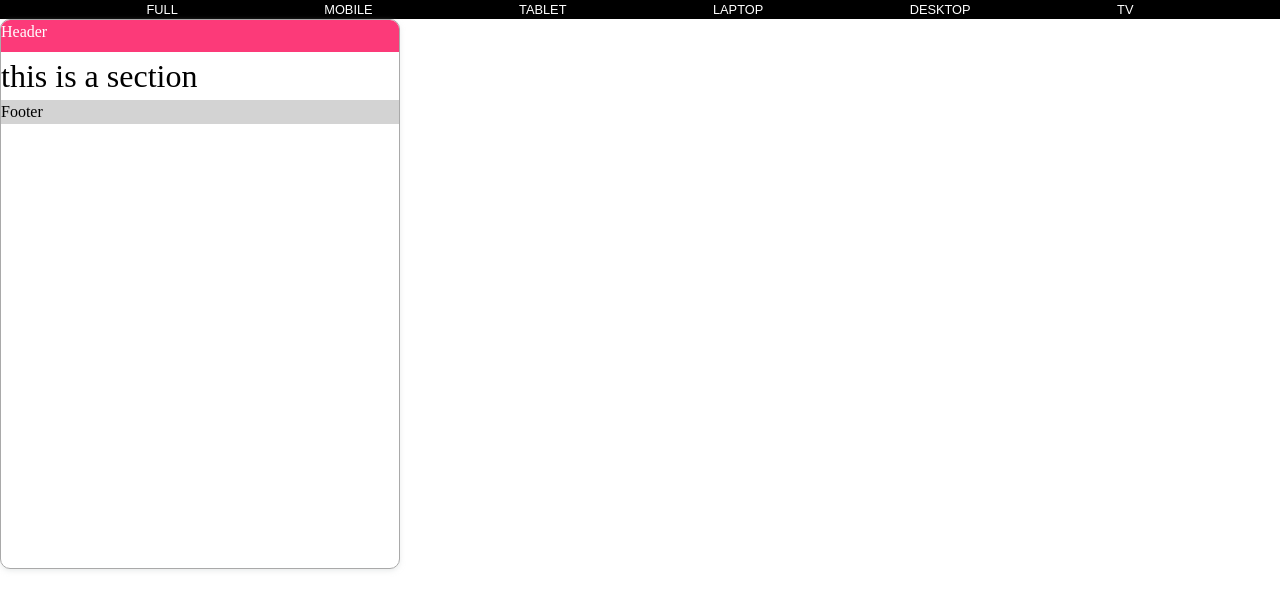
Repository: Terrycoco/coco-playground
Page: /
These files come from the project's save history. The page is drawn as it stood at one moment and after the next save; the edit follows.
The browser window is 1280 px wide. The pictures show the whole page.
The project was rebuilt for these pictures with package versions that can differ from the ones it lists, and the page was loaded fresh each time. The framework's server and built-in components were replaced by stand-ins that run in the browser. Also part of the build but not shown: next.config.js.

Above is the page before, as saved 2023-03-20 08:56:59.

### src/app/layout.js
//THIS FILE DEFINES BASIC HTML FOR WHOLE SITE
//YOU CAN OVERWRITE ANY METADATA IN INDIVIDUAL ROUTES ALSO
"use client";
import { Providers } from "./store/provider";
import "./globals.css";
import Header from "@/components/layout/Header.js";
import DeviceHeader from "@/components/layout/DeviceHeader";
import Footer from "@/components/layout/Footer";
import ScreenEmulator from "@/components/layout/ScreenEmulator";

//can't use metadata on files that use client
// export const metadata = {
//   title: "Theme Playground",
//   description: "Theme Playground By Coco",
// };

export default function RootLayout({ children }) {
  return (
    <html lang="en">
      <head>
        <title>Coco Theme Playground</title>
      </head>

      <body>
        <Providers>
          <>
            <DeviceHeader />
            <ScreenEmulator>
              <Header />

              {children}
              <Footer />
            </ScreenEmulator>
          </>
        </Providers>
      </body>
    </html>
  );
}

### src/app/page.js
"use client";
import { useSelector, useDispatch } from "react-redux";
import { selectTheme } from "./store/slices/themeSlice";

export default function Page() {
  const theme = useSelector(selectTheme);
  console.log("page recd theme:", theme);
  return (
    <main>
      <section>this is a section</section>
    </main>
  );
}

// <section id="theme" style={getContainerStyle("section")}>
// <h1 style={getHStyle("h1")}>
//   This the result of your Theme{"   "}
//   <span style={styles.smgray}>(h1)</span>
// </h1>
// <h2 style={getHStyle("h2")}>
//   Your Default Styles Are Shown{"   "}
//   <span style={styles.smgray}>(h2)</span>
// </h2>
// <h3 style={getHStyle("h3")}>
//   You selected {`${levCount - 1}`} levels of headings.
//   <span style={styles.smgray}>(h3)</span>
// </h3>

// <h4 style={getHStyle("h4")}>
//   I am a heading level 4 {"   "}
//   <span style={styles.smgray}>(h4)</span>
// </h4>

// <h5 style={getHStyle("h5")}>
//   I am a heading level 5{"   "}
//   <span style={styles.smgray}>(h5)</span>
// </h5>

// <h6 style={getHStyle("h6")}>
//   I am a heading level 6{"   "}
//   <span style={styles.smgray}>(h6)</span>
// </h6>

// <p data-el="p" style={getTextStyle("p")}>
//   Your theme settings will show up here. These are the default styles
//   for each element, which will be consistent across your project. You
//   can, of course, alter them for individual elements as you see fit.{" "}
//   <span style={styles.smgray}>(p)</span>
// </p>
// <p data-el="p" style={getTextStyle("p")}>
//   This is the paragraph element. To set the font scale among the
//   different headings and at different screen resolutions, go to{" "}
//   <b>SCALE</b>. The rest of the paragraph settings can be found by
//   clicking <b>TEXT</b> <span style={styles.smgray}>(p)</span>
// </p>

// <p data-el="p" style={getTextStyle("p")}>
//   Don't like the spacing? Click <b>CONTAINERS</b> to set default padding
//   and margins for container elements like sections, the header and
//   footer, between paragraphs, etc.{" "}
//   <span style={styles.smgray}>(p)</span>
// </p>
// </section>
// <section id="colors" style={getContainerStyle("section")}>
// <h1 style={getHStyle("h1")}>
//   This the result of your Theme{"   "}
//   <span style={styles.smgray}>(h1)</span>
// </h1>
// <h2 style={getHStyle("h2")}>
//   Your Default Styles Are Shown{"   "}
//   <span style={styles.smgray}>(h2)</span>
// </h2>
// <h3 style={getHStyle("h3")}>
//   You selected {`${levCount - 1}`} levels of headings.
//   <span style={styles.smgray}>(h3)</span>
// </h3>

// <h4 style={getHStyle("h4")}>
//   I am a heading level 4 {"   "}
//   <span style={styles.smgray}>(h4)</span>
// </h4>

// <h5 style={getHStyle("h5")}>
//   I am a heading level 5{"   "}
//   <span style={styles.smgray}>(h5)</span>
// </h5>

// <h6 style={getHStyle("h6")}>
//   I am a heading level 6{"   "}
//   <span style={styles.smgray}>(h6)</span>
// </h6>

// <p data-el="p" style={getTextStyle("p")}>
//   Your typography styles will show up here. These are the default styles
//   for each element, which will be consistent across your project. You
//   can, of course, alter them for individual elements as you see fit.{" "}
//   <span style={styles.smgray}>(p)</span>
// </p>
// <p data-el="p" style={getTextStyle("p")}>
//   This is the paragraph element. To set the font scale among the
//   different headings and at different screen resolutions, go to{" "}
//   <b>SCALE</b>. The rest of the paragraph settings can be found by
//   clicking <b>TYPOGRAPHY</b> <span style={styles.smgray}>(p)</span>
// </p>

// <p data-el="p" style={getTextStyle("p")}>
//   Don't like the spacing? Click <b>SPACING</b> to set default padding
//   and margins for elements like sections, the header and footer, between
//   paragraphs, etc. <span style={styles.smgray}>(p)</span>
// </p>
// </section>

### src/app/store/provider.js
"use client";

import { Provider } from "react-redux";
import store from "./store";

export function Providers({ children }) {
  return <Provider store={store}>{children}</Provider>;
}

### src/app/globals.css
@import "./reset.css";

:root {
  font-size: 1rem;
}
body {
  margin: 0;
  min-height: 100vh;
}

header {
  background-color: black;
  color: white;
}

footer {
  background-color: lightgray;
  color: black;
}

section {
  font-size: 2rem;
}

### src/components/layout/Header.js
"use client";
import React from "react";
import { useSelector } from "react-redux";
import { selectTheme } from "@/slices/themeSlice";
import { selectVariables } from "@/slices/variablesSlice";

function Header() {
  const theme = useSelector(selectTheme);
  const variables = useSelector(selectVariables);

  const getHeaderStyles = () => {
    let styles = { ...theme.containers.header };
    styles.backgroundColor = variables[styles.backgroundColor];
    return styles;
  };

  return <header style={getHeaderStyles()}>Header</header>;
}

export default Header;

### src/components/layout/DeviceHeader.js
"use client";
import { useState, useEffect } from "react";
import { useSelector, useDispatch } from "react-redux";
import {
  selectCurrentDevice,
  updateCurrentDevice,
  updateIsFullScreen,
  selectIsFullScreen,
} from "@/slices/uiSlice";
import { selectDevices } from "@/slices/themeSlice";
import css from "./layout.module.css";

const DeviceHeader = () => {
  const currentDevice = useSelector(selectCurrentDevice);
  const fullScreen = useSelector(selectIsFullScreen);
  const dispatch = useDispatch();
  const devices = useSelector(selectDevices);
  const [userSize, setUserSize] = useState();
  const [userDevice, setUserDevice] = useState();

  useEffect(() => {
    setUserSize(window.innerWidth); //TODO MAKE RESPONSIVE
    setUserDevice(getUserDevice(window.innerWidth, devices));
  }, []);

  const styles = {
    header: {
      fontFamily: "Arial",
    },
    menu: {
      display: "flex",
      flexDirection: "row",
      justifyContent: "space-evenly",
    },
    li: {
      textTransform: "uppercase",
      fontSize: ".8rem",
    },
  };

  const handleSelect = (e) => {
    const dev = e.target.id;
    if (dev === "full") {
      dispatch(updateIsFullScreen(true));
      dispatch(updateCurrentDevice(userDevice));
    } else {
      dispatch(updateCurrentDevice(dev));
      dispatch(updateIsFullScreen(false));
    }
  };

  return (
    <header style={styles.header}>
      <menu style={styles.menu}>
        <li
          id="full"
          style={styles.li}
          onClick={handleSelect}
          className={css.li}
        >
          Full
        </li>
        <li id="mobile" style={styles.li} className={css.li}>
          mobile
        </li>
        <li id="tablet" style={styles.li} className={css.li}>
          tablet
        </li>
        <li id="laptop" style={styles.li} className={css.li}>
          laptop
        </li>
        <li id="desktop" style={styles.li} className={css.li}>
          desktop
        </li>
        <li id="tv" style={styles.li} className={css.li}>
          tv
        </li>
      </menu>
    </header>
  );
};

export default DeviceHeader;

function getUserDevice(size, devices) {
  for (const d in devices) {
    if (devices[d].min <= size && size <= devices[d].max) {
      return d;
    }
  }
}

### src/components/layout/Footer.js
"use client";
import React from "react";

const Footer = () => {
  return <footer>Footer</footer>;
};

export default Footer;

### src/components/layout/ScreenEmulator.js
import { useState, useEffect } from "react";
import { useSelector } from "react-redux";
import { selectCurrentDevice, selectIsFullScreen } from "@/slices/uiSlice";
import { selectDevices, selectDeviceElements } from "@/slices/themeSlice";

const ScreenEmulator = ({ children, ...props }) => {
  const [width, setWidth] = useState("400px");
  const isFullScreen = useSelector(selectIsFullScreen);
  const device = useSelector(selectCurrentDevice);
  const devices = useSelector(selectDevices);
  const [baseFontSize, setBaseFontSize] = useState();
  const fontSizes = useSelector(selectDeviceElements);

  //get some valid heights
  useEffect(() => {
    if (device !== undefined) {
      setWidth(devices[device].min + 100 + "px");
      setBaseFontSize(fontSizes[device].body.fontSize + "px");
    }
  }, [device]);

  const getEmulation = () => {
    return {
      border: "1px solid darkgray",
      width: `${width}`,
      fontSize: `${baseFontSize}`,

      height: "550px",
      overflow: "scroll",
      borderRadius: "10px",
      boxShadow: "rgba(213, 217, 217, 0.5) 0 2px 5px 0",
    };
  };

  if (isFullScreen) return <>{children}</>;
  else return <div style={getEmulation()}>{children}</div>;
};

export default ScreenEmulator;

### src/app/store/slices/themeSlice.js
"use client";

import { createSlice, createSelector } from "@reduxjs/toolkit";
import { HYDRATE } from "next-redux-wrapper";
import { currentTheme } from "@/themes";

const initialState = {
  headingCount: currentTheme.headingCount,
  fonts: currentTheme.fonts,
  colors: currentTheme.colors,
  colorVariants: currentTheme.colorVariants,
  devices: currentTheme.devices,
  deviceElements: currentTheme.deviceElements,
  text: currentTheme.text,
  containers: currentTheme.containers,
};

export const themeSlice = createSlice({
  name: "theme",
  initialState,
  reducers: {
    updateText(state, action) {
      state.text[action.payload.element][action.payload.propName] =
        action.payload.value;
    },

    extraReducers: {
      [HYDRATE]: (state, action) => {
        return {
          ...state,
          ...action.payload.theme,
        };
      },
    },
  },
});

export const { updateText } = themeSlice.actions;
export const selectTheme = (state) => state.theme;
export const selectText = (state) => state.theme.text;
export const selectDevices = (state) => state.theme.devices;
export const selectDeviceElements = (state) => state.theme.deviceElements;
export default themeSlice.reducer;

### src/app/store/store.js
"use client"; //anything that will access redux must use client
import { configureStore } from "@reduxjs/toolkit";
import { themeSlice } from "./slices/themeSlice";
import { variablesSlice } from "./slices/variablesSlice";
import { uiSlice } from "./slices/uiSlice";

// config the store
const store = configureStore({
  reducer: {
    [themeSlice.name]: themeSlice.reducer,
    [variablesSlice.name]: variablesSlice.reducer,
    [uiSlice.name]: uiSlice.reducer,
  },
});

// export default the store
console.log("store:", store.getState());
export default store;

### src/app/reset.css
/* Box sizing rules */
*,
*::before,
*::after {
  box-sizing: border-box;
}

/* Remove default margin */
main,
html,
body,
h1,
h2,
h3,
h4,
h5,
h6,
p,
figure,
blockquote,
dl,
dd {
  margin: 0;
  padding: 0;
}

/* Remove list styles on ul, ol elements with a list role, which suggests default styling will be removed */
ul,
menu,
ol {
  list-style: none;
}

/* remove discs from list items */
li {
  list-style-type: none;
}

/* Set core root defaults */
html:focus-within {
  scroll-behavior: smooth;
}

/* Set core body defaults */
body {
  min-height: 100vh;
  text-rendering: optimizeSpeed;
  line-height: 1.5;
}

/* A elements that don't have a class get default styles */
a:not([class]) {
  text-decoration-skip-ink: auto;
}

/* Make images easier to work with */
img,
picture {
  max-width: 100%;
  display: block;
}

menu {
  margin-block-start: 0em;
  margin-block-end: 0em;
  margin-inline-start: 0px;
  margin-inline-end: 0px;
  padding-inline-start: 0px;
}

/* Inherit fonts for inputs and buttons */
input,
button,
textarea,
select {
  font: inherit;
}

/* remove any default font props */
body,
h1,
h2,
h3,
h4,
h5,
h6,
p {
  letter-spacing: normal;
  word-spacing: normal;
  line-height: 1.5;
  font-optical-sizing: auto;
}

/* Remove all animations, transitions and smooth scroll for people that prefer not to see them */
@media (prefers-reduced-motion: reduce) {
  html:focus-within {
    scroll-behavior: auto;
  }

  *,
  *::before,
  *::after {
    animation-duration: 0.01ms !important;
    animation-iteration-count: 1 !important;
    transition-duration: 0.01ms !important;
    scroll-behavior: auto !important;
  }
}

### src/app/store/slices/variablesSlice.js
import { createSlice } from "@reduxjs/toolkit";
import { HYDRATE } from "next-redux-wrapper";
import { currentTheme } from "@/themes";
import { updateColor, updateFont } from "@/app/store/sharedActions";

function toCSS(key) {
  var result = key.replace(/([A-Z])/g, " $1");
  return result.split(" ").join("-").toLowerCase();
}

const getFontVariable = (fontName) => {
  let str = fontName.replaceAll(" ", "-").toLowerCase();
  return `var(--font-${str})`;
};

const loadInitVariables = () => {
  let variables = {};
  let section, prefix;

  //fonts
  section = "fonts";
  prefix = "var(--font-";
  for (const key in currentTheme[section]) {
    variables[`${prefix}${key})`] = getFontVariable(currentTheme[section][key]);
  }

  //colors
  section = "colors";
  prefix = "var(--clr-";
  for (const key in currentTheme[section]) {
    variables[`${prefix}${key})`] = toCSS(currentTheme[section][key]);
  }

  //color variants
  section = "colorVariants";
  prefix = "var(--clr-";
  for (const key in currentTheme[section]) {
    variables[`${prefix}${key})`] = toCSS(currentTheme[section][key]);
  }

  return variables;
};

const initialState = loadInitVariables();

export const variablesSlice = createSlice({
  name: "variables",
  initialState,
  reducers: {
    updateVariable(state, action) {
      state[action.payload.key] = action.payload.value;
    },
  },
  extraReducers: (builder) => {
    builder
      .addCase(updateColor, (state, action) => {
        action.payload.map((obj) => {
          state[obj.themeVar] = obj.value;
        });
      })
      .addCase(updateFont, (state, action) => {
        console.log("got here:", action.payload);
        //theme variable (ie body) has been updated to another font
        state[action.payload.themeVar] = action.payload.fontVar;
      });
  },
});

export const { updateVariable } = variablesSlice.actions;
export const selectVariables = (state) => state.variables;
export default variablesSlice.reducer;

### src/app/store/slices/uiSlice.js
"use client";

//slice for ui state

import { createSlice, createSelector } from "@reduxjs/toolkit";
import { HYDRATE } from "next-redux-wrapper";

const initialState = {
  currentForm: "",
  currentDevice: "",
  isFullScreen: true,
  isDrawerOpen: false,
  currentTab: 1,
};

export const uiSlice = createSlice({
  name: "ui",
  initialState,
  reducers: {
    updateCurrentForm(state, action) {
      state.currentForm = action.payload;
    },
    updateCurrentTab(state, action) {
      state.currentTab = action.payload;
    },
    updateCurrentDevice(state, action) {
      state.currentDevice = action.payload;
    },
    updateIsDrawerOpen(state, action) {
      state.isDrawerOpen = action.payload;
    },
    updateIsFullScreen(state, action) {
      state.isFullScreen = action.payload;
    },

    extraReducers: {
      [HYDRATE]: (state, action) => {
        return {
          ...state,
          ...action.payload.ui,
        };
      },
    },
  },
});

export const {
  updateCurrentForm,
  updateCurrentDevice,
  updateCurrentTab,
  updateIsDrawerOpen,
  updateIsFullScreen,
} = uiSlice.actions;
export const selectCurrentDevice = (state) => state.currentDevice;
export const selectCurrentTab = (state) => state.currentTab;
export const selectCurrentForm = (state) => state.currentForm;
export const selectIsDrawerOpen = (state) => state.isDrawerOpen;
export const selectIsFullScreen = (state) => state.isFullScreen;
export default uiSlice.reducer;

### src/components/layout/layout.module.css
.li:hover {
  font-weight: 700;
}

### src/themes/index.js
import init from "./init";

module.exports = { currentTheme: init };

### src/app/store/sharedActions.js
import { createAction } from "@reduxjs/toolkit";
const varKeys = [75, 50, 25, 10, 5];

const updateColor = createAction("UPDATE_COLOR", function prepare(obj) {
  //any time theme color is updated, so are variants so pass those in with the payload
  console.log("shared updateColor", obj);
  let key = obj.key;
  let payloadVal = [];
  let newhex = obj.value;
  if (key !== "error" && key !== "whitish") {
    varKeys.map((pct) => {
      let variantKey = `${key}${pct}`;
      let val = getPctOfHex(newhex, pct);
      payloadVal.push({
        key: variantKey,
        value: val,
        section: "variants",
        themeVar: `var(--clr-${variantKey})`,
      });
    });
  }
  //push original one
  payloadVal.push({
    key: key,
    value: newhex,
    section: "themed",
    themeVar: `var(--clr-${key})`,
  });
  //console.log("newpayload:", payloadVal);
  return { payload: payloadVal };
});

const updateFont = createAction("UPDATE_FONT", function prepare(obj) {
  console.log("fontobj:", obj);
  /*shape of font payload
      propName: "body",
      name: "Gelasio",
      themeVar: "var(--font-body)",
      fontVar: "var(--font-gelasio)" */

  return { payload: obj };
});

module.exports = { updateColor, updateFont };

// util functions to calculate variant values --------------
function hexToHSL(H) {
  // Convert hex to RGB first
  let r = 0,
    g = 0,
    b = 0;
  if (H.length == 4) {
    r = "0x" + H[1] + H[1];
    g = "0x" + H[2] + H[2];
    b = "0x" + H[3] + H[3];
  } else if (H.length == 7) {
    r = "0x" + H[1] + H[2];
    g = "0x" + H[3] + H[4];
    b = "0x" + H[5] + H[6];
  }
  // Then to HSL
  r /= 255;
  g /= 255;
  b /= 255;
  let cmin = Math.min(r, g, b),
    cmax = Math.max(r, g, b),
    delta = cmax - cmin,
    h = 0,
    s = 0,
    l = 0;

  if (delta == 0) h = 0;
  else if (cmax == r) h = ((g - b) / delta) % 6;
  else if (cmax == g) h = (b - r) / delta + 2;
  else h = (r - g) / delta + 4;

  h = Math.round(h * 60);

  if (h < 0) h += 360;

  l = (cmax + cmin) / 2;
  s = delta == 0 ? 0 : delta / (1 - Math.abs(2 * l - 1));
  s = +(s * 100).toFixed(1);
  l = +(l * 100).toFixed(1);

  return { h: h, s: s, l: l };
}
function getPctOfHex(hex, pct) {
  //incoming pct is pct opacity of orig color
  let inverted = 100 - pct;
  //convert incoming to hsl
  let hsl = hexToHSL(hex);

  //current lightness is 0%;
  let currentLightPct = hsl.l;
  let remainingLightPct = 100 - currentLightPct;
  let onepct = remainingLightPct / 100;
  let desiredPct = onepct * inverted + currentLightPct;
  let result = HSLToHex(hsl.h, hsl.s, desiredPct);
  return result;
}
function HSLToHex(h, s, l) {
  s /= 100;
  l /= 100;

  let c = (1 - Math.abs(2 * l - 1)) * s,
    x = c * (1 - Math.abs(((h / 60) % 2) - 1)),
    m = l - c / 2,
    r = 0,
    g = 0,
    b = 0;

  if (0 <= h && h < 60) {
    r = c;
    g = x;
    b = 0;
  } else if (60 <= h && h < 120) {
    r = x;
    g = c;
    b = 0;
  } else if (120 <= h && h < 180) {
    r = 0;
    g = c;
    b = x;
  } else if (180 <= h && h < 240) {
    r = 0;
    g = x;
    b = c;
  } else if (240 <= h && h < 300) {
    r = x;
    g = 0;
    b = c;
  } else if (300 <= h && h < 360) {
    r = c;
    g = 0;
    b = x;
  }
  // Having obtained RGB, convert channels to hex
  r = Math.round((r + m) * 255).toString(16);
  g = Math.round((g + m) * 255).toString(16);
  b = Math.round((b + m) * 255).toString(16);

  // Prepend 0s, if necessary
  if (r.length == 1) r = "0" + r;
  if (g.length == 1) g = "0" + g;
  if (b.length == 1) b = "0" + b;

  return "#" + r + g + b;
}

### src/themes/init.js
//to use, import this file and set this as currentTheme in /src/themes/index
const headingCount = 1;

const fonts = {
  body: "Times",
  display: "Times",
  special: "Times",
  mono: "Times",
  forms: "Arial",
};

const deviceElements = {
  mobile: {
    body: {
      fontSize: "18",
      lineHeight: "1.5",
    },
    h1: {
      fontSize: "40",
      lineHeight: "1.16",
    },
  },
  tablet: {
    body: {
      fontSize: "19",
      lineHeight: "1.5",
    },
    h1: {
      fontSize: "40",
      lineHeight: "1.16",
    },
  },
  laptop: {
    body: {
      fontSize: "20",
      lineHeight: "1.329",
    },
    h1: {
      fontSize: "52",
      lineHeight: "1.16",
    },
  },
  desktop: {
    body: {
      fontSize: "24",
      lineHeight: "1.345",
    },
    h1: {
      fontSize: "57",
      lineHeight: "1.16",
    },
  },

  tv: {
    body: {
      fontSize: "28",
      lineHeight: "1.391",
    },
    h1: {
      fontSize: "67",
      lineHeight: "1.031",
    },
  },
};

const devices = {
  mobile: {
    min: 320,
    max: 479,
  },

  tablet: {
    min: 480,
    max: 767,
  },

  laptop: {
    min: 768,
    max: 1023,
  },

  desktop: {
    min: 1024,
    max: 1999,
  },

  tv: {
    min: 1200,
    max: 9999,
  },
};

const colors = {
  primary: "#fc3a79",
  secondary: "#fe572e",
  blackish: "#261f22",
  whitish: "#f5f5f4",
  error: "#dc2626",
};

const colorVariants = {
  primary75: "#fd6b99",
  primary50: "#fe9dbb",
  primary25: "#fecedd",
  primary10: "#ffebf1",
  primary5: "#fff5f8",
  secondary75: "#fe8162",
  secondary50: "#feab96",
  secondary25: "#ffd5cb",
  secondary10: "#ffeeea",
  secondary5: "#fff7f5",
  blackish75: "#635158",
  blackish50: "#9c868f",
  blackish25: "#cdc2c7",
  blackish10: "#ebe7e9",
  blackish5: "#f5f3f4",
};

const containers = {
  header: {
    backgroundColor: "var(--clr-primary)",
    height: "2rem",
    paddingRight: "0rem",
    paddingLeft: "0rem",
  },
  main: {
    paddingTop: "2rem",
    paddingRight: "0rem",
    paddingBottom: "0rem",
    paddingLeft: "0rem",
  },
  section: {
    paddingTop: "0rem",
    paddingRight: "0rem",
    paddingBottom: "0rem",
    paddingLeft: "0rem",
  },
  article: {
    paddingTop: "0rem",
    paddingRight: "0rem",
    paddingBottom: "0rem",
    paddingLeft: "0rem",
  },
  aside: {
    paddingTop: "0rem",
    paddingRight: "0rem",
    paddingBottom: "0rem",
    paddingLeft: "0rem",
  },
  footer: {
    backgroundColor: "var(--clr-primary50)",
    color: "var(--clr-blackish)",
    height: "0rem",
    paddingTop: "0rem",
    paddingRight: "0rem",
    paddingBottom: "0rem",
    paddingLeft: "0rem",
  },
};

const text = {
  p: {
    color: "var(--clr-blackish)",
    fontFamily: "var(--font-body)",
    fontWeight: "400",
    fontSize: "var(--fs-body)",
    lineHeight: "var(--lh-body)",
    letterSpacing: "0px",
    wordSpacing: "0px",
    maxWidth: "60ch",
    marginBottom: "1rem",
  },

  h1: {
    color: "var(--clr-blackish)",
    fontFamily: "var(--font-display)",
    fontWeight: "400",
    fontSize: "var(--fs-h1)",
    lineHeight: "var(--lh-h1)",
    letterSpacing: "-1.5px",
    wordSpacing: "-5px",
    maxWidth: "60ch",
    marginBottom: "1rem",
  },

  h2: {
    color: "var(--clr-blackish)",
    fontFamily: "var(--font-display)",
    fontWeight: "400",
    fontSize: "var(--fs-h2)",
    lineHeight: "var(--lh-h2)",
    letterSpacing: "-1.5px",
    wordSpacing: "-5px",
    maxWidth: "60ch",
    marginBottom: "1rem",
  },

  h3: {
    color: "var(--clr-blackish)",

    fontFamily: "var(--font-display)",

    fontWeight: "400",

    fontSize: "1rem",

    lineHeight: "150%",

    letterSpacing: "-1.5px",

    wordSpacing: "-5px",
    maxWidth: "60ch",
    marginBottom: "1rem",
  },

  h4: {
    color: "var(--clr-blackish)",

    fontFamily: "var(--font-display)",

    fontWeight: "400",

    fontSize: "1rem",

    lineHeight: "150%",

    letterSpacing: "-1.5px",

    wordSpacing: "-5px",
    maxWidth: "60ch",
    marginBottom: "1rem",
  },

  h5: {
    color: "var(--clr-blackish)",

    fontFamily: "var(--font-display)",

    fontWeight: "400",

    fontSize: "1rem",

    lineHeight: "150%",

    letterSpacing: "-1.5px",

    wordSpacing: "-5px",
    maxWidth: "60ch",
    marginBottom: "1rem",
  },

  h6: {
    color: "var(--clr-blackish)",

    fontFamily: "var(--font-display)",

    fontWeight: "400",

    fontSize: "1rem",

    lineHeight: "150%",

    letterSpacing: "-1.5px",

    wordSpacing: "-5px",
    marginBottom: "1rem",
  },

  small: {
    color: "var(--clr-blackish)",
    fontFamily: "var(--font-forms)",
    fontWeight: "400",
    fontSize: "var(--fs-sm)",
    lineHeight: "1",
    letterSpacing: "-1.5px",
    wordSpacing: "-5px",
    maxWidth: "60ch",
    marginBottom: "0rem",
  },
};

const theme = {
  headingCount,
  colors,
  colorVariants,
  fonts,
  deviceElements,
  devices,
  containers,
  text,
};

module.exports = {
  headingCount,
  colors,
  colorVariants,
  fonts,
  deviceElements,
  devices,
  containers,
  text,
  theme,
};

After the next save:
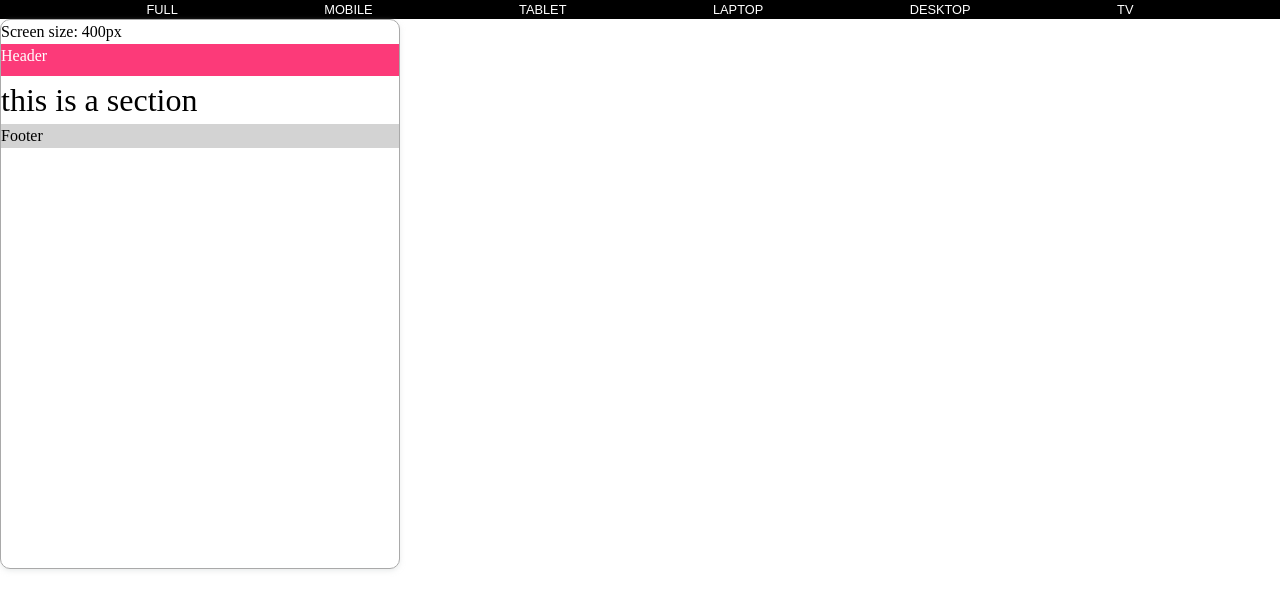
Saved 40 s later.
--- a/src/components/layout/ScreenEmulator.js
+++ b/src/components/layout/ScreenEmulator.js
@@ -33,7 +33,13 @@ const ScreenEmulator = ({ children, ...props }) => {
   };
 
   if (isFullScreen) return <>{children}</>;
-  else return <div style={getEmulation()}>{children}</div>;
+  else
+    return (
+      <div style={getEmulation()}>
+        Screen size: {width}
+        {children}
+      </div>
+    );
 };
 
 export default ScreenEmulator;
